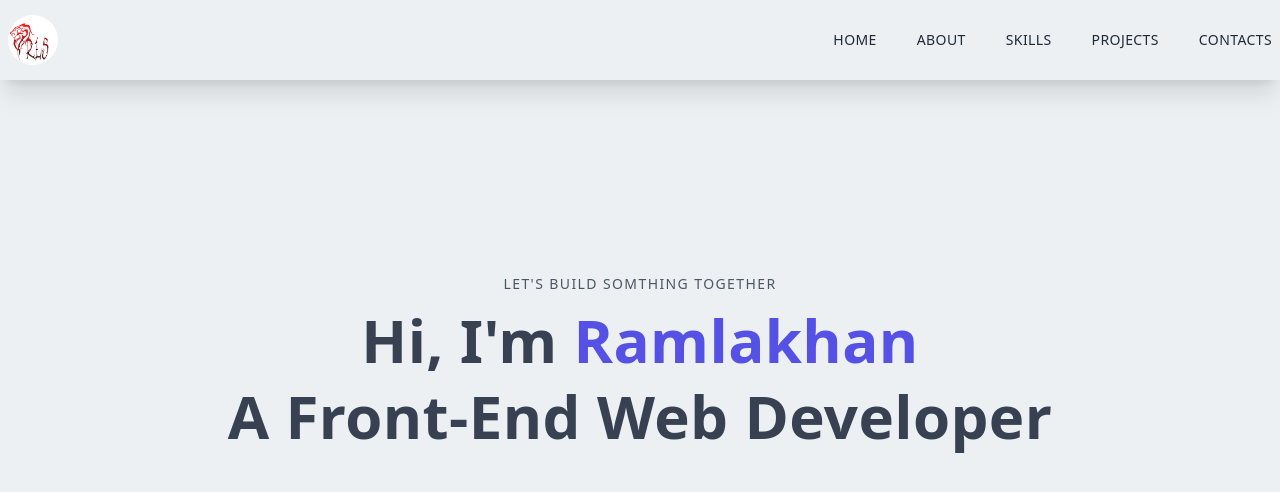
Repository: ram2642/portfolio-using-next-js
Page: /
These files come from the project's save history. The page is drawn as it stood at one moment and after the next save; the edit follows.
The browser window is 1280 px wide. The pictures show the whole page.
The project was rebuilt for these pictures with package versions that can differ from the ones it lists, and the page was loaded fresh each time. The framework's server and built-in components were replaced by stand-ins that run in the browser. Also part of the build but not shown: next.config.js.

Above is the page before, as saved 2022-09-04 01:53:45.

After the next save:
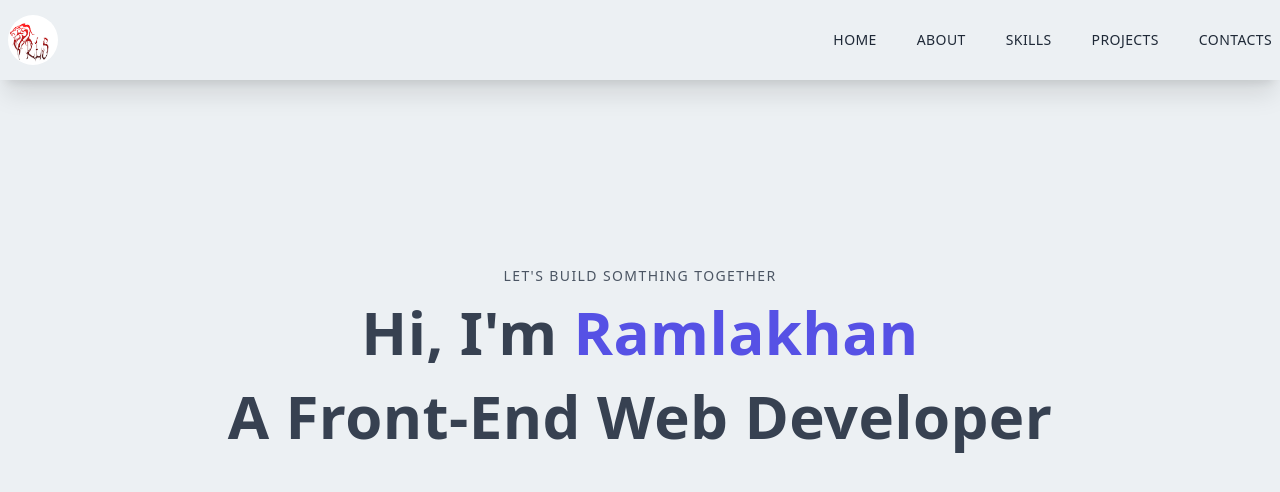
Saved 9 s later.
--- a/components/Main.jsx
+++ b/components/Main.jsx
@@ -9,7 +9,7 @@ const Main = () => {
       <h1 className='py-4 text-gray-700'>
         Hi, I'm <span className='text-[#5651e5]'> Ramlakhan</span>
       </h1>
-      <h1 className='py-0 text-gray-700'>
+      <h1 className='py-2 text-gray-700'>
         A Front-End Web Developer
       </h1>
     </div>
